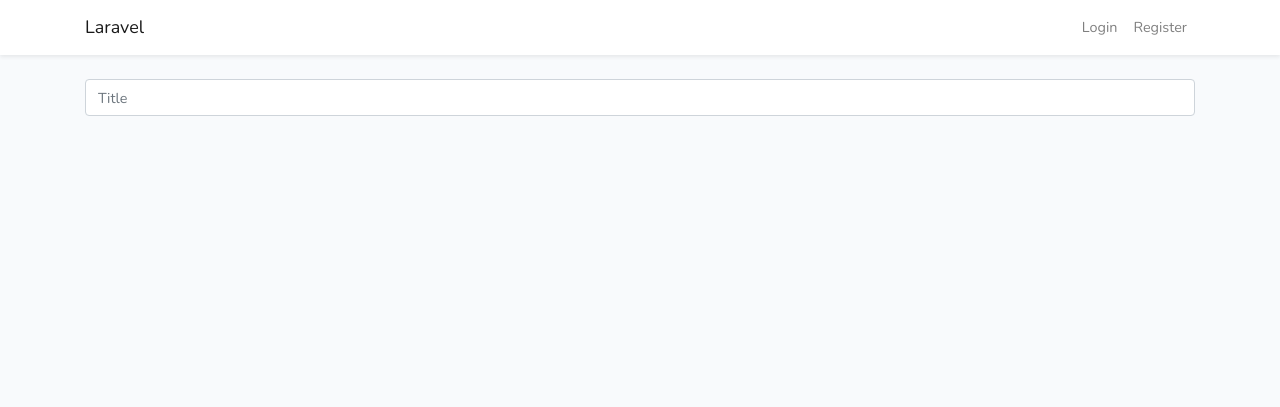
Repository: mohamedelbadawi/Simple-galley-using-laravel
Page: http://localhost/admin/albums/create
An editor plug-in stored every save of this project. The page is shown before and after the next save, followed by the edit.
The browser window is 1280 px wide. The pictures show the whole page.
The page is served by the project's Laravel application, run on PHP 8.4 with Laravel 8. Other server files are loaded and not shown.

Above is the page before, as saved 2021-08-31 09:38:30.

### Gallery/routes/web.php
<?php

use App\Http\Controllers\AlbumsController;
use Illuminate\Support\Facades\Auth;
use Illuminate\Support\Facades\Route;

/*
|--------------------------------------------------------------------------
| Web Routes
|--------------------------------------------------------------------------
|
| Here is where you can register web routes for your application. These
| routes are loaded by the RouteServiceProvider within a group which
| contains the "web" middleware group. Now create something great!
|
 */

Route::get('/', function () {
    return view('gallery/index');
});

Route::get('/home', function () {
    return view('gallery/index');
});

Route::get('/index', function () {
    return view('gallery/index');
})->name('index');

Route::get('/gallery', function () {
    return view('gallery/gallery');
})->name('gallery');

Route::get('/about', function () {
    return view('gallery/about');
})->name('about');

Route::get('/contact', function () {
    return view('gallery/contact');
})->name('contact');
Route::get('/blog', function () {
    return view('gallery/blog');
})->name('blog');

Route::prefix('admin')->group(function () {
    Auth::routes();
    Route::get('/dashboard', function () {
        return view('admin/dashboard');
    });
    Route::get('/albums/create',[AlbumsController::class,'create']);


});
Route::get('/admin', function () {
    return view('admin.Dashboard');
})->middleware('auth');

### Gallery/app/Http/Controllers/AlbumsController.php
<?php

namespace App\Http\Controllers;

class AlbumsController extends Controller
{
    public function index()
    {

    }

    public function create()
    {

        return view('admin.albums.create');
    }

}

### Gallery/resources/views/admin/albums/create.blade.php
@extends('layouts.app')
@section('content')
<div class="container">

        <form action="">
            <div class="form-group">
            <input type="text" class="form-control" name="title" placeholder="Title">

            </div>

        </form>
</div>


@endsection

Loaded but not shown: Gallery/app/Http/Controllers/Auth/ConfirmPasswordController.php (common file); Gallery/app/Http/Controllers/Controller.php (common file); Gallery/resources/views/layouts/app.blade.php (common file); Gallery/public/css/app.css (library)

After the next save:
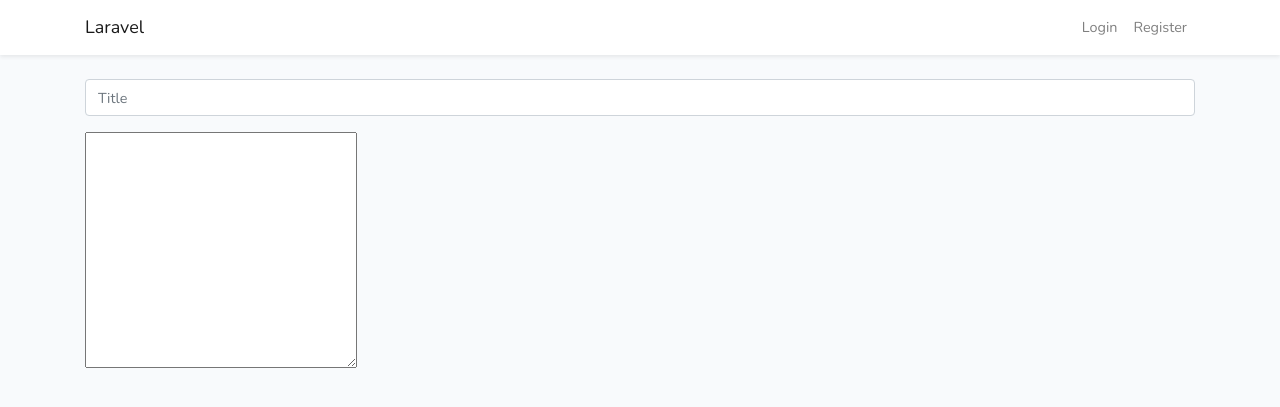
Saved 65 s later.
--- a/Gallery/resources/views/admin/albums/create.blade.php
+++ b/Gallery/resources/views/admin/albums/create.blade.php
@@ -1,15 +1,18 @@
 @extends('layouts.app')
 @section('content')
-<div class="container">
+    <div class="container">
 
         <form action="">
             <div class="form-group">
-            <input type="text" class="form-control" name="title" placeholder="Title">
+                <input type="text" class="form-control" name="title" placeholder="Title">
+            </div>
+            <div class="form-group">
 
+                <textarea name="discription" id="" cols="30" rows="10"></textarea>
             </div>
 
         </form>
-</div>
+    </div>
 
 
 @endsection
